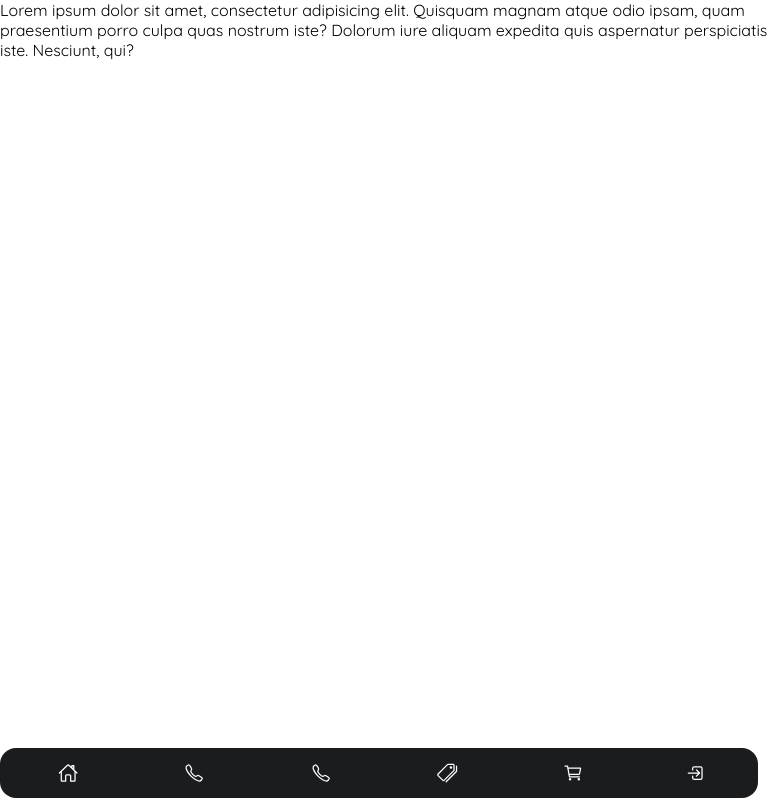
Repository: Fuocmanh/demo
Page: site/nav.html
The author's editor kept a copy of each file at every save. The page is drawn from the files as they stood at one save, then again after the next save.
The browser window is 768 px wide. The pictures show the whole page.

Above is the page before, as saved 2022-12-30 17:12:11.

### site/nav.html
<!DOCTYPE html>
<html lang="en">

<head>
    <meta charset="UTF-8">
    <meta name="viewport" content="width=device-width, initial-scale=1" />
    <link rel="stylesheet" href="../css/style.css">
    <script type="module" src="https://unpkg.com/ionicons@5.5.2/dist/ionicons/ionicons.esm.js"></script>
    <script nomodule src="https://unpkg.com/ionicons@5.5.2/dist/ionicons/ionicons.js"></script>
</head>

<body >
    <section id="sidebar">
        <div class="sidebar">
            <a href="#" class="logo">
                <img src="https://i.pinimg.com/550x/dd/6d/22/dd6d2277032c5f365dd3149d45b3a820.jpg" alt="" class="logo-image" />
            </a>
            <nav>
                <ul class="menu">
                    <li class="menu-item">
                        <a href="#" class="menu-link">
                            <ion-icon name="home-outline"></ion-icon>
                            <span>Trang chủ</span>
                        </a>
                    </li>
                    <li class="menu-item">
                        <a href="#" class="menu-link">
                            <ion-icon name="call-outline"></ion-icon>
                            <span>Liên hệ</span>
                        </a>
                    </li>
                    <li class="menu-item">
                        <a href="#" class="menu-link">
                            <ion-icon name="call-outline"></ion-icon>
                            <span>Giới thiệu</span>

                        </a>
                    </li>
                    <li class="menu-item">
                        <a href="#" class="menu-link">
                            <ion-icon name="pricetags-outline"></ion-icon>
                            <span>Sản phẩm</span>
                        </a>
                    </li>
                    <li class="menu-item">
                        <a href="#" class="menu-link">
                            <ion-icon name="cart-outline"></ion-icon>
                            <span>Giỏ hàng</span>
                        </a>
                    </li>
                    <li class="menu-item" style="margin: -5px;">
                        <a href="#" class="menu-link">
                            <ion-icon name="log-in-outline"></ion-icon>
                            <span>Đăng xuất</span>
                        </a>
                    </li>
                </ul>
            </nav>

            <!-- <div class="">
                <a href="#!"><ion-icon name="log-in-outline"></ion-icon></a>
            </div> -->
        </div>
    </section>
    <section>
        <p>Lorem ipsum dolor sit amet, consectetur adipisicing elit. Quisquam magnam atque odio ipsam, quam praesentium porro culpa quas nostrum iste? Dolorum iure aliquam expedita quis aspernatur perspiciatis iste. Nesciunt, qui?
        </p>
    </section>
    <script src="../js/style.js"></script>
</body>

</html>

### css/style.css
@import url('https://fonts.googleapis.com/css2?family=Quicksand:wght@300;400;500;600;700&display=swap');

html {
    font-family: 'Quicksand', sans-serif;
}

* {
    /* font-size: 18px; */
    width: 100%;
    margin: 0px;
    padding: 0px;
    box-sizing: border-box;
}

body {
    width: 100%;
    display: flex;
    flex-direction: row;
    gap: 5px;
}

#sidebar {
    height: calc(100% - 20px);
    width: max-content;
    /* background-color: aqua; */
    margin: 10px 5px;
}

.sidebar {
    background-color: #1A1C1E;
    width: 80px;
    height: 100%;
    padding: 40px 5px;
    border-radius: 16px;
    transition: 0.5s;
    /* transform: translate(0px,20%);    */
}

ion-icon {
    font-size: 30px;
    color: #FFFFFF;
}

.sidebar:not(:hover) .logo-image {
    transform: translate(-16px, -7px);
}

.logo {
    width: 100%;
    height: 50px;
}

.logo-image {
    transform: translateY(-8px);
    margin: 0 40%;
    width: 50px;
    height: 50px;
    border-radius: 50%;
}

.sidebar:hover {
    width: 200px;
}

.sidebar:not(:hover) .menu-link span {
    display: none;
}

li {
    width: 100%;
    display: flex;
    align-items: center;
    justify-content: center;
    margin-bottom: 25px;
}

.menu-link {
    width: 100%;
    display: flex;
    color: #FFFFFF;
    list-style: none;
    text-decoration: none;
    padding: 10px;
    border-radius: 9% 91% 91% 9% / 52% 48% 52% 48%;
}

.menu-link:hover {
    border-radius: 9% 91% 91% 9% / 52% 48% 52% 48%;
    background-color: rgba(0, 0, 0, .5);
}

.menu-link span {
    transform: translate(-25px, 5px);
}

@media screen and (max-width:768px) {
    body {
        gap: 0px;
        flex-direction: column;
    }

    #sidebar {
        position: fixed;
        bottom: 2px;
        margin: 0 auto;
        padding: 0 !important;
        height: max-content;
        width: calc(100% - 10px);
        /* background-color: #1A1C1E; */
    cen
    }

    .sidebar {
        display: flex;
        flex-direction: row;
        align-items: center;
        justify-content: center;
        background-color: #1A1C1E;
        width: 100%;
        height: 50px !important;
        padding: 0 5px;
    }

    .menu {
        display: flex;
        align-items: center !important;
        justify-content: center !important;
        flex-direction: row;
    }

    .sidebar:hover {
        width: 100%;
        /* height: max-content; */
    }

    .sidebar .menu-link span {
        display: none;
    }

    .sidebar:hover .logo-image {
        transform: translate(-16px, -7px);

    }

    .menu-link span,
    .logo-image {
        transform: translate(0px);
    }

    li {
        margin: 0;
    }

    .logo {
        display: none;
    }

    ion-icon {
        font-size: 20px;
    }

    .menu-link {
        border-radius: 50% 50% 50% 50% / 68% 70% 30% 32%;
    }

    .menu-link:hover {
        border-radius: 50% 50% 50% 50% / 68% 70% 30% 32%;
        background-color: rgba(0, 0, 0, .5);
    }
}

### js/style.js
var nav = document.getElementById('nav');
function hideShowNav(){
    display=nav.style.display ;
    display=='none'?nav.style.display ='block':nav.style.display ='none';
    // nav.style.opacity='1';
}
// function onchane(){
//     let width = document.getElementsByClassName('.box').style.width='50%';
// console.log(width);
// }

After the next save:
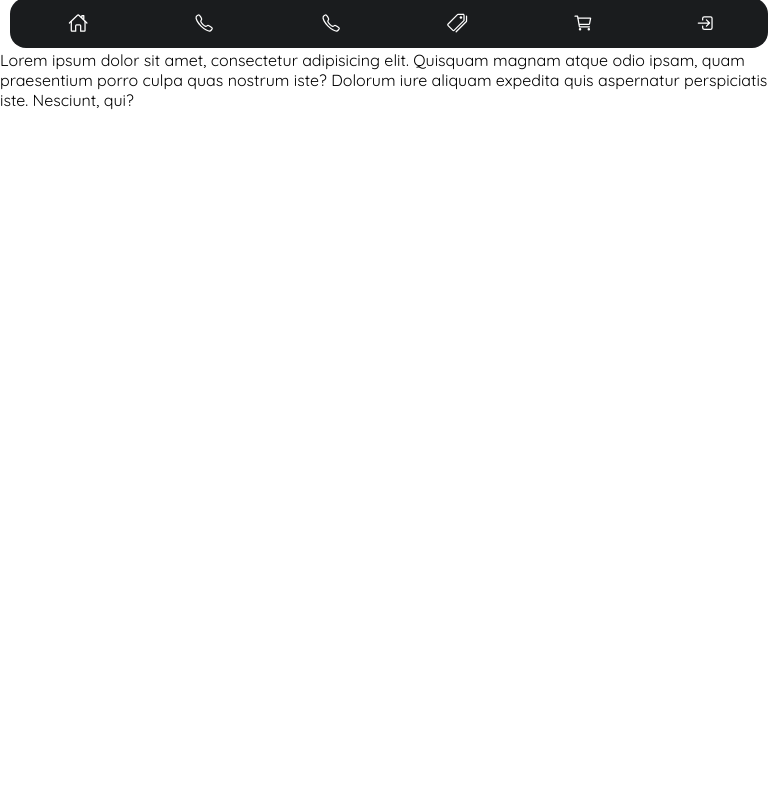
Saved 4 s later.
--- a/css/style.css
+++ b/css/style.css
@@ -107,7 +107,10 @@
         height: max-content;
         width: calc(100% - 10px);
         /* background-color: #1A1C1E; */
-    cen
+    display: inline-block;
+    position: relative;
+    left: 50%;
+    transform: translateX(-50%);
     }
 
     .sidebar {

After the 4 saves that followed:
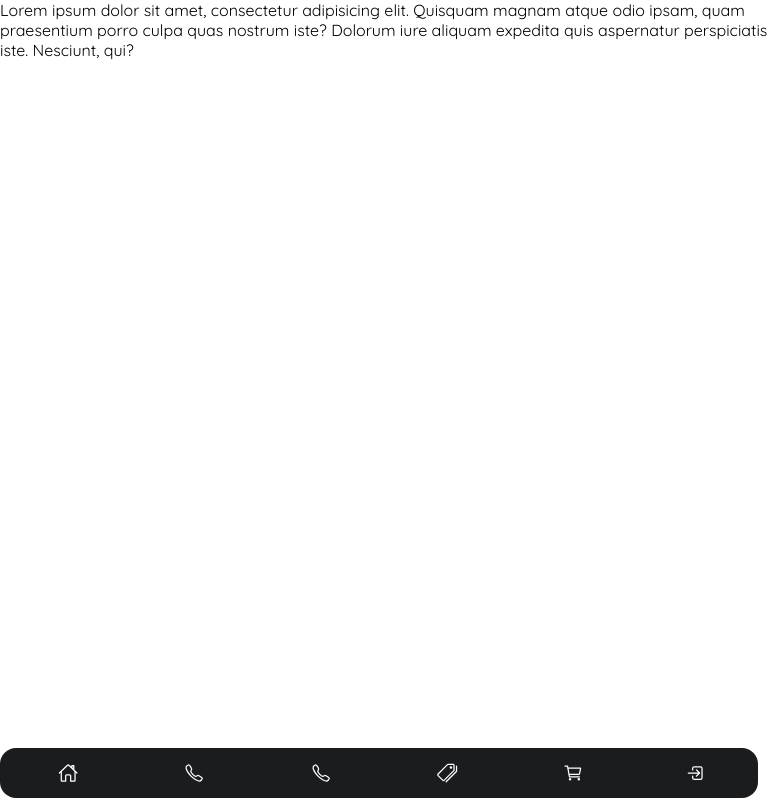
The 4 saves are shown as one change because 1 left the picture as it was and some came seconds apart.
The last was saved 30 s later.
--- a/css/style.css
+++ b/css/style.css
@@ -107,10 +107,6 @@
         height: max-content;
         width: calc(100% - 10px);
         /* background-color: #1A1C1E; */
-    display: inline-block;
-    position: relative;
-    left: 50%;
-    transform: translateX(-50%);
     }
 
     .sidebar {
